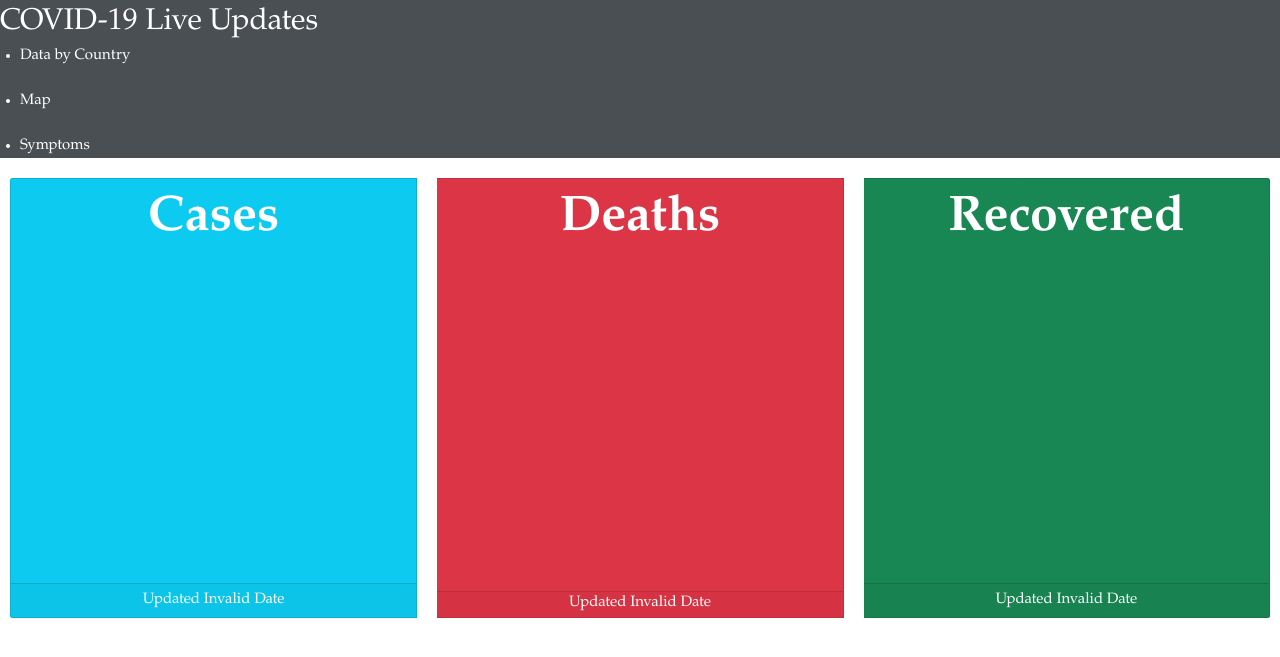
Repository: ranadubauskas/COVID-19Tracker
Page: /
These files come from the project's save history. The page is drawn as it stood at one moment and after the next save; the edit follows.
The browser window is 1280 px wide. The pictures show the whole page.
The page's requests for data from a server got no answer. The project was rebuilt for these pictures with package versions that can differ from the ones it lists, and the page was loaded fresh each time. No one was signed in, and anything a server would have sent is missing. Also part of the build but not shown: src/Pages/About.css, src/Pages/About.js, src/Pages/Countries.css, src/Pages/Countries.js, src/Pages/Map.js.

Above is the page before, as saved 2022-03-31 21:33:32.

After the next save:
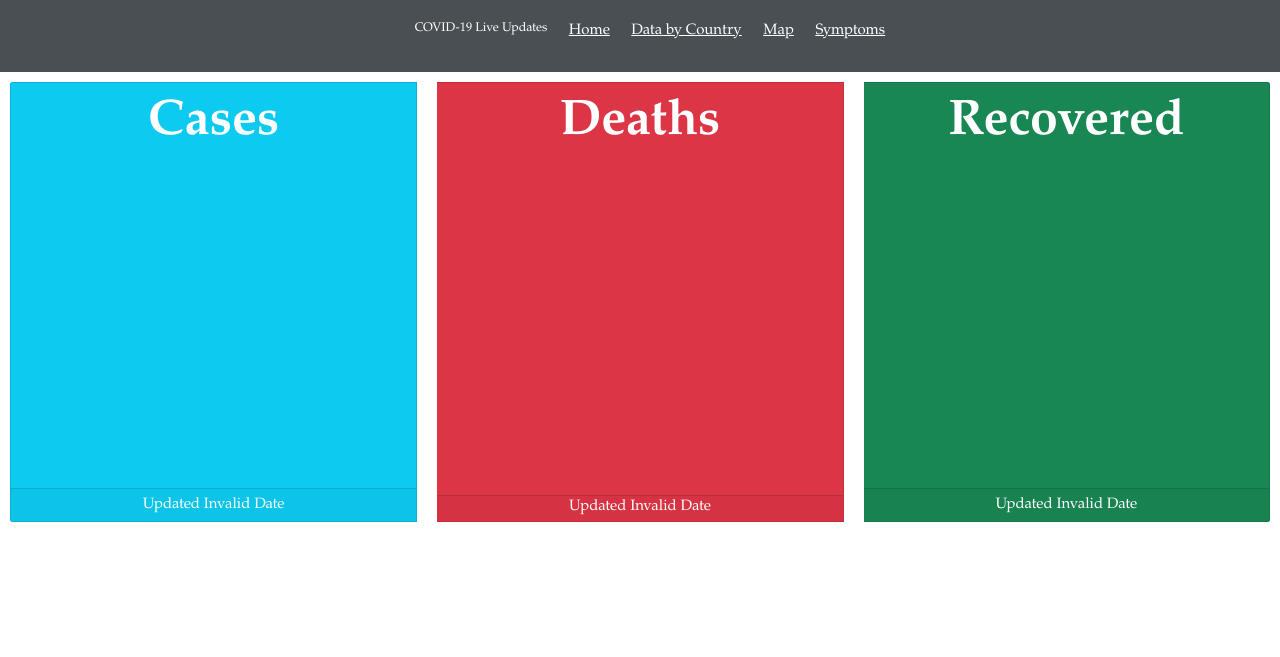
Saved 3 min 16 s later.
--- a/src/App.js
+++ b/src/App.js
@@ -4,7 +4,6 @@ import Home from './Pages/Home';
 import About from './Pages/About';
 import Countries from './Pages/Countries';
 import Map from  './Pages/Map';
-import Nav from "./Nav";
 import { BrowserRouter as Router, Routes, Route, Link } from "react-router-dom";
 
 
@@ -14,7 +13,24 @@ const App = () => {
 
 
     <Router>
-     <Nav />
+     <div className="top">
+      <nav className="nav">
+     <ul className="nav-list">
+     <h5> COVID-19 Live Updates</h5>
+          <li><Link to="/" className="link">Home</Link></li>
+          <li><Link to="/Countries" className="link"> Data by Country</Link></li>
+          <li> <Link to="/Map" className="link">Map </Link> </li>
+          <li> <Link to="/About" className="link"> Symptoms </Link></li>
+        </ul>
+        </nav>
+        </div>
+
+
+
+
+
+
+
 
       <Routes>
       <Route path='/' element={<Home/>} />
